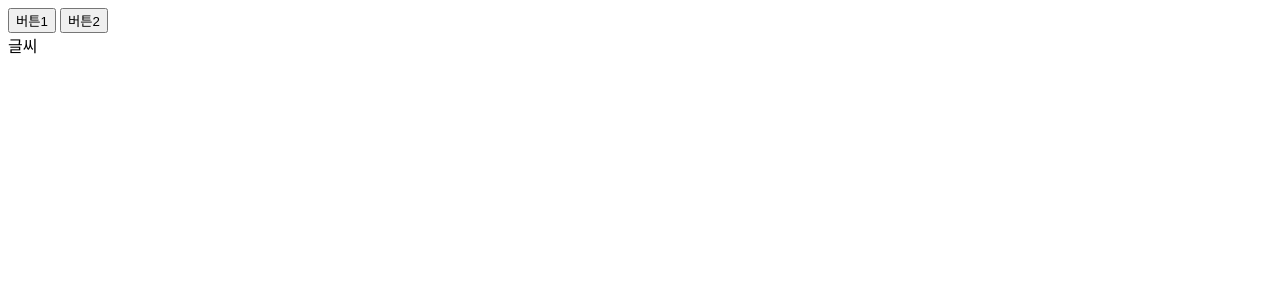
Repository: LeeJungHoon1/javaWeb
Page: ajaxPrj_09_6/src/main/webapp/jquery3_4.html
The author's editor kept a copy of each file at every save. The page is drawn from the files as they stood at one save, then again after the next save.
The browser window is 1280 px wide. The pictures show the whole page.
After loading, the first visible `#btn1` was clicked once.

Above is the page before, as saved 2023-09-06 02:28:32.
Console error: TypeError: Cannot read properties of null (reading 'style')

After the next save:
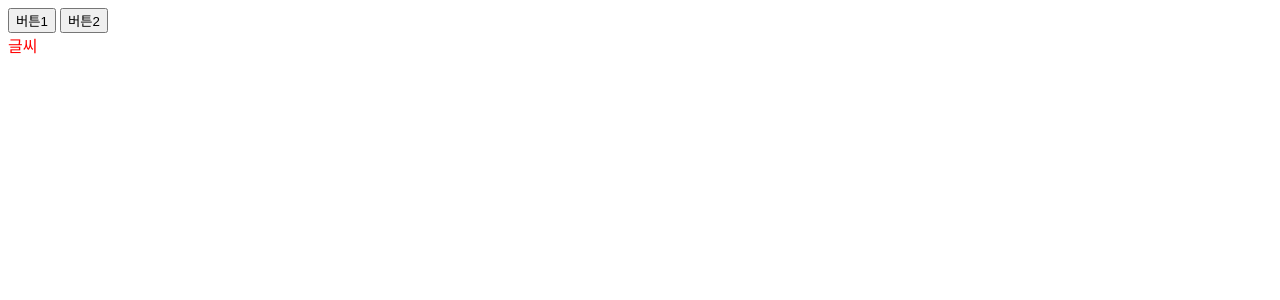
The error is gone.
Saved 12 s later.
--- a/ajaxPrj_09_6/src/main/webapp/jquery3_4.html
+++ b/ajaxPrj_09_6/src/main/webapp/jquery3_4.html
@@ -9,7 +9,7 @@
 	function changeCss(){
 		alert("safadfs");
 
-		let div = document.querySelector("#warp");
+		let div = document.querySelector("#wrap");
 		div.style.color="red";
 	}
 	function changeCss2(){
